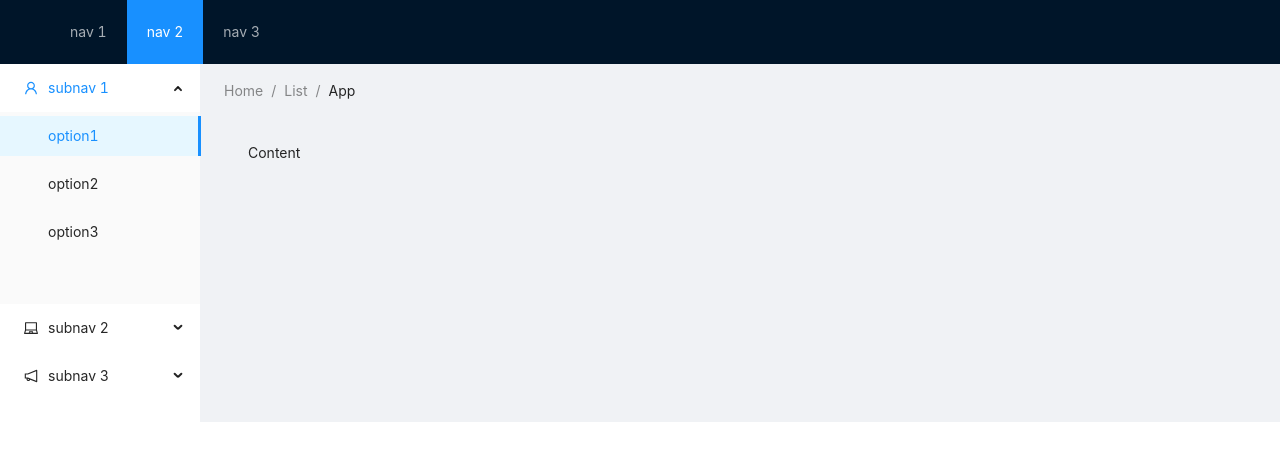
Repository: Vsran/management
Page: /main
The author's editor kept a copy of each file at every save. The page is drawn from the files as they stood at one save, then again after the next save.
The browser window is 1280 px wide. The pictures show the whole page.
The project was rebuilt for these pictures with package versions that can differ from the ones it lists, and the page was loaded fresh each time. Also part of the build but not shown: src/pages/login.js, src/pages/register/index.js.

Above is the page before, as saved 2021-02-19 14:19:06.

After the next save:
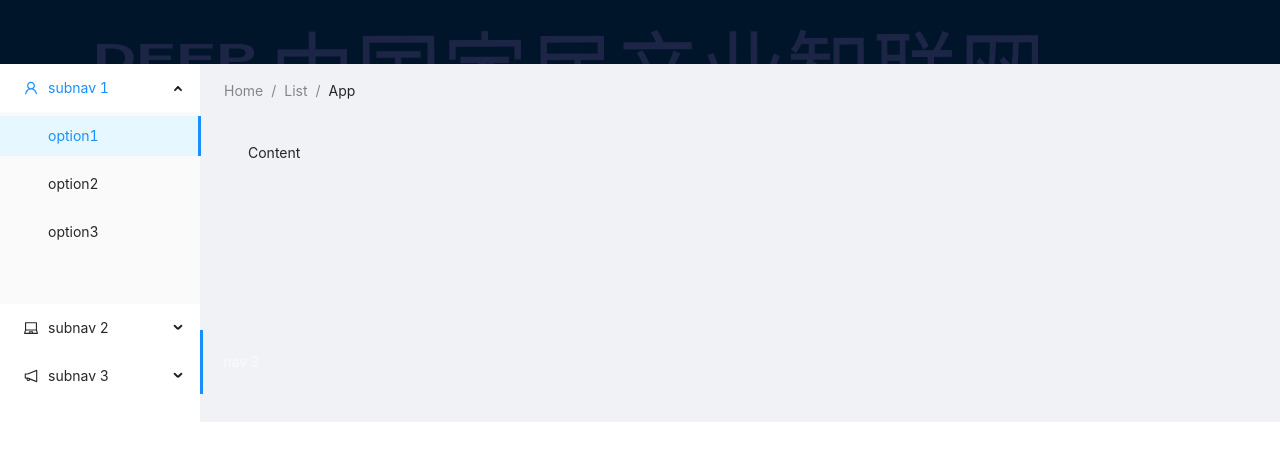
Saved 34 s later.
--- a/src/components/layout/userLayout.js
+++ b/src/components/layout/userLayout.js
@@ -9,7 +9,7 @@
   <Layout>
     <Header className="header">
       <div className="logo" />
-      <image src={icon}/>
+      <img src={icon}/>
       <Menu theme="dark" mode="horizontal" defaultSelectedKeys={['2']}>
         <Menu.Item key="1">nav 1</Menu.Item>
         <Menu.Item key="2">nav 2</Menu.Item>
